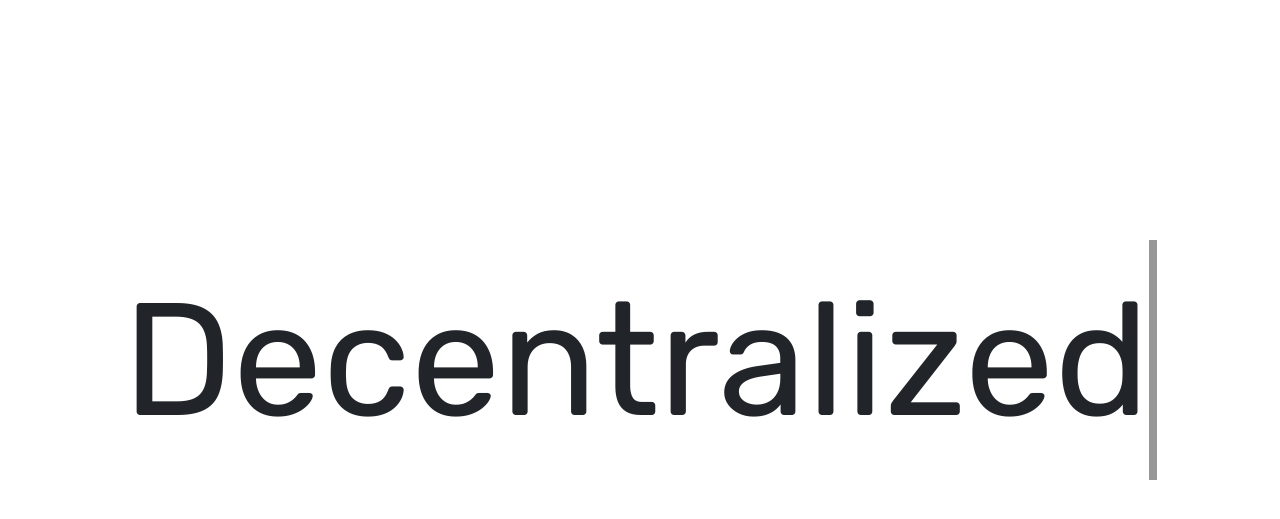
Repository: uimaxbai/hermes-web
Page: index.html
An editor plug-in stored every save of this project. The page is shown before and after the next save, followed by the edit.
The browser window is 1280 px wide. The pictures show the whole page.

Above is the page before, as saved 2023-05-05 15:50:31.

### index.html
<!DOCTYPE html>
<!--[if lt IE 7]>      <html class="no-js lt-ie9 lt-ie8 lt-ie7"> <![endif]-->
<!--[if IE 7]>         <html class="no-js lt-ie9 lt-ie8"> <![endif]-->
<!--[if IE 8]>         <html class="no-js lt-ie9"> <![endif]-->
<!--[if gt IE 8]>      <html class="no-js"> <!--<![endif]-->
<html>
    <head>
        <meta charset="utf-8">
        <meta http-equiv="X-UA-Compatible" content="IE=edge">
        <title>Decentralized Chat</title>
        <meta name="description" content="">
        <meta name="viewport" content="width=device-width, initial-scale=1">
        <link rel="stylesheet" href="./style.css">
        <link rel="stylesheet" href="https://fonts.googleapis.com/css?family=Rubik">
        <link href="https://cdn.jsdelivr.net/npm/bootstrap@5.3.0-alpha3/dist/css/bootstrap.min.css" rel="stylesheet" integrity="sha384-KK94CHFLLe+nY2dmCWGMq91rCGa5gtU4mk92HdvYe+M/SXH301p5ILy+dN9+nJOZ" crossorigin="anonymous">
    </head>
    <body>
        <!--[if lt IE 7]>
            <p class="browsehappy">You are using an <strong>outdated</strong> browser. Please <a href="#">upgrade your browser</a> to improve your experience.</p>
        <![endif]-->
        <div class="landing">
            <div class="absolute center title">
                <div class="typed-out-container">
                    <div class="typed-out">
                        Decentralized
                    </div>
                </div>
            </div>
        </div>

        <script src="https://ajax.googleapis.com/ajax/libs/jquery/3.6.4/jquery.min.js"></script>
        <script src="./main.js" async defer></script>
    </body>
</html>

### style.css
* {
    box-sizing: border-box;
}
html, body, .landing, .title {
    width: 100%;
    height: 100%;
    padding: 0;
    margin: 0;
} /* Make page span full width and height */

/* Predefine classes for divs */
.absolute {
    position: absolute;
}
.center {
    display: flex;
    align-items: center;
    justify-content: center;
    text-align: center;
}

body {
    font-family: 'Rubik', system-ui,-apple-system,"Segoe UI",Roboto,"Helvetica Neue","Noto Sans","Liberation Sans",Arial,sans-serif,"Apple Color Emoji","Segoe UI Emoji","Segoe UI Symbol","Noto Color Emoji"!important;
}
@keyframes typing {
    from { width: 0 }
    to { width: 100% }
}
@keyframes blink {
    from { border-color: transparent }
    to { border-color: black; }
}
.typed-out-container {
    display: inline-block;
}
.typed-out {
    overflow: hidden;
    border-right: .05em solid black;
    font-size: 10rem;
    width: 0;
    white-space: nowrap;
    animation:
    typing 1s steps(17, end) forwards,
    fade 1s,
    blink .8s infinite;
}

@media (prefers-color-scheme: dark) { /* Dark theme goes last */

}

Loaded but not shown: main.js (no stored copy; drawn as an empty file)

After the next save:
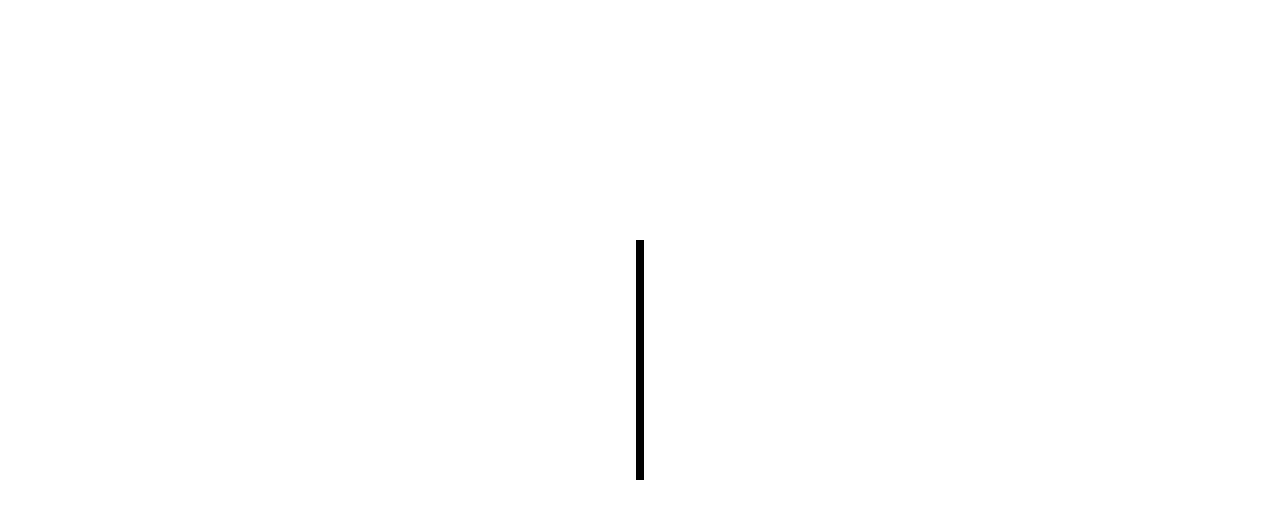
Saved 9 s later.
--- a/style.css
+++ b/style.css
@@ -39,6 +39,7 @@
     font-size: 10rem;
     width: 0;
     white-space: nowrap;
+    animation-delay: 0s
     animation:
     typing 1s steps(17, end) forwards,
     fade 1s,

After the save that followed:
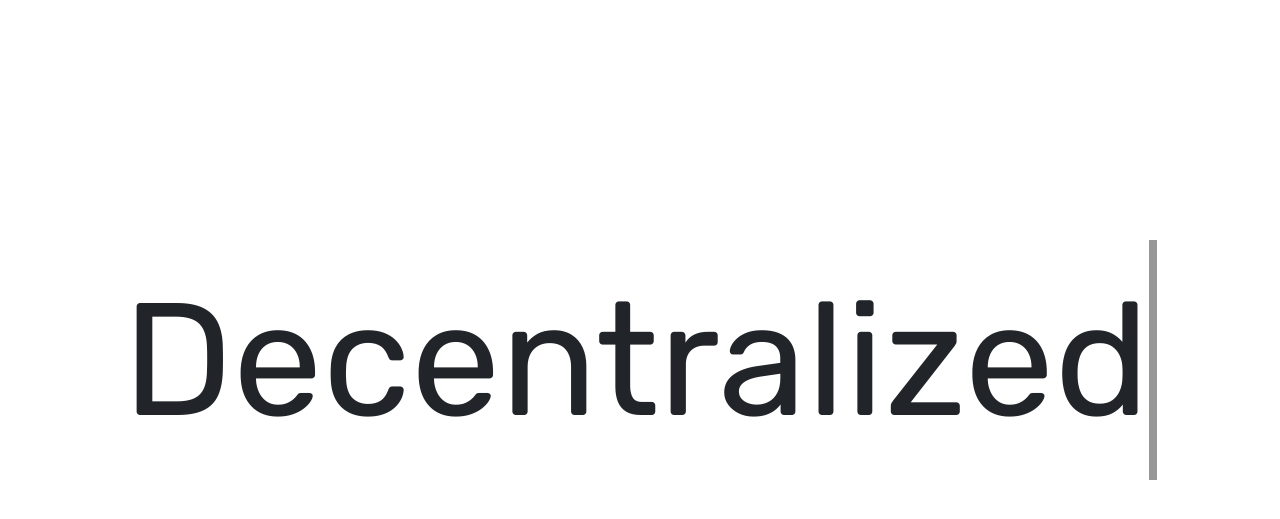
Saved 4 s later.
--- a/style.css
+++ b/style.css
@@ -39,7 +39,7 @@
     font-size: 10rem;
     width: 0;
     white-space: nowrap;
-    animation-delay: 0s
+    animation-delay: 0s 1s 0s;
     animation:
     typing 1s steps(17, end) forwards,
     fade 1s,
